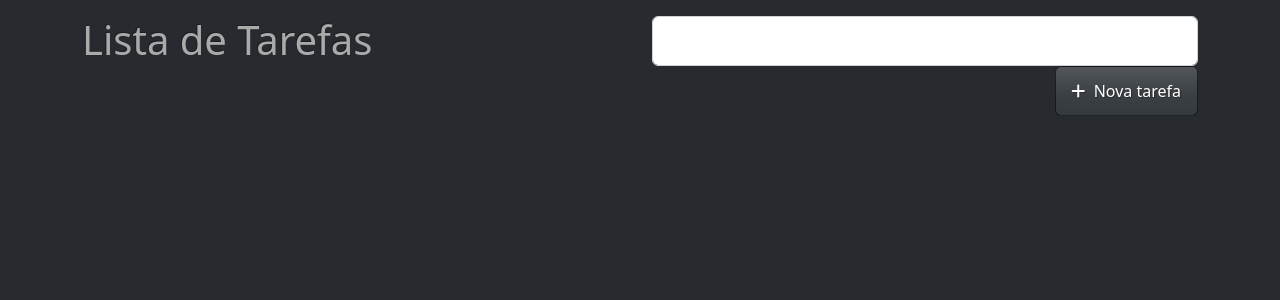
Repository: cargugati/lista_tarefas
Page: frontEnd/index.html
An editor plug-in stored every save of this project. The page is shown before and after the next save, followed by the edit.
The browser window is 1280 px wide. The pictures show the whole page.

Above is the page before, as saved 2023-03-16 10:10:25.

### frontEnd/index.html
<!DOCTYPE html>
<html lang="pt-br">

<head>
  <meta charset="UTF-8">
  <meta http-equiv="X-UA-Compatible" content="IE=edge">
  <meta name="viewport" content="width=device-width, initial-scale=1.0">
  <title>Lista de Tarefas</title>
  <link rel="stylesheet" href="/assets/css/bootstrap.min.css">
  <link rel="stylesheet" href="/assets/fontawesome/css/all.min.css">
  <link rel="shortcut icon" href="/assets/images/favicon.png" type="image/png">
</head>

<body>
  <div class="container my-3">
    <div class="row">
      <div class="col">
        <h1>Lista de Tarefas</h1>
      </div>
      <div class="col text-end">
        <div class="form-inline">
          <select id="select_filter" class="form-control">
            <option value=""></option>
          </select>
          <a href="new_task.html" class="btn btn-primary"><i class="fa-solid fa-plus me-2"></i>Nova tarefa</a>
        </div>
      </div>
    </div>
  </div>


  <script src="assets/js/bootstrap.bundle.min.js"></script>
</body>

</html>

Loaded but not shown: frontEnd/assets/css/bootstrap.min.css (library); frontEnd/assets/fontawesome/css/all.min.css (library); frontEnd/assets/js/bootstrap.bundle.min.js (library)

After the next save:
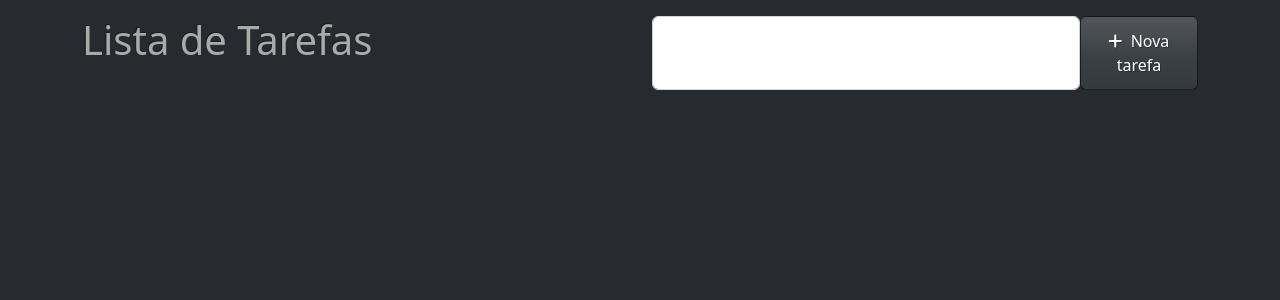
Saved 6 s later.
--- a/frontEnd/index.html
+++ b/frontEnd/index.html
@@ -18,7 +18,7 @@
         <h1>Lista de Tarefas</h1>
       </div>
       <div class="col text-end">
-        <div class="form-inline">
+        <div class="d-flex">
           <select id="select_filter" class="form-control">
             <option value=""></option>
           </select>
